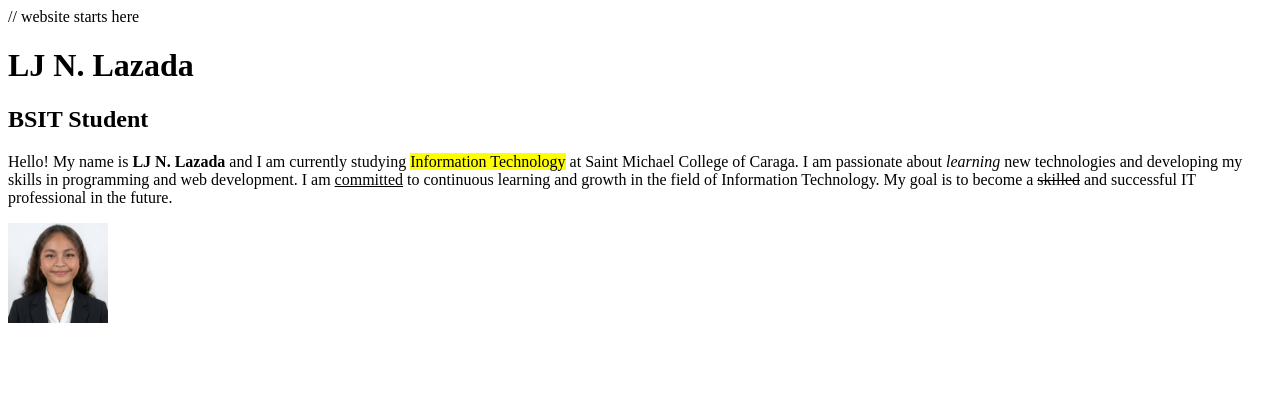
Repository: ljlazada11/myfirsthtml
Page: index.html
The author's editor kept a copy of each file at every save. The page is drawn from the files as they stood at one save, then again after the next save.
The browser window is 1280 px wide. The pictures show the whole page.

Above is the page before, as saved 2026-06-24 19:13:48.

### index.html
<!DOCTYPE html>
<html lang="en">
<head>
    <meta charset="UTF-8">
    <meta name="viewport" content="width=device-width, initial-scale=1.0">
    <title>My Personal Web Profile</title>
    <link rel="icon" type="image/x-icon" href="images.png">
    // website starts here

</head>
<body>
    <h1>LJ N. Lazada</h1>
    <h2>BSIT Student</h2>
    <p>Hello! My name is <strong>LJ N. Lazada</strong> and I am currently studying <mark>Information Technology</mark> at Saint Michael College of Caraga. I am passionate about <i>learning</i> new technologies and developing my skills in programming and web development. I am <ins>committed</ins> to continuous learning and growth in the field of Information Technology. My goal is to become a <del>skilled</del> and successful IT professional in the future.</p>
    <img src="pic.jpg" alt="My	Profile	Picture" width="100" height="100">
</body>
</html>

After the next save:
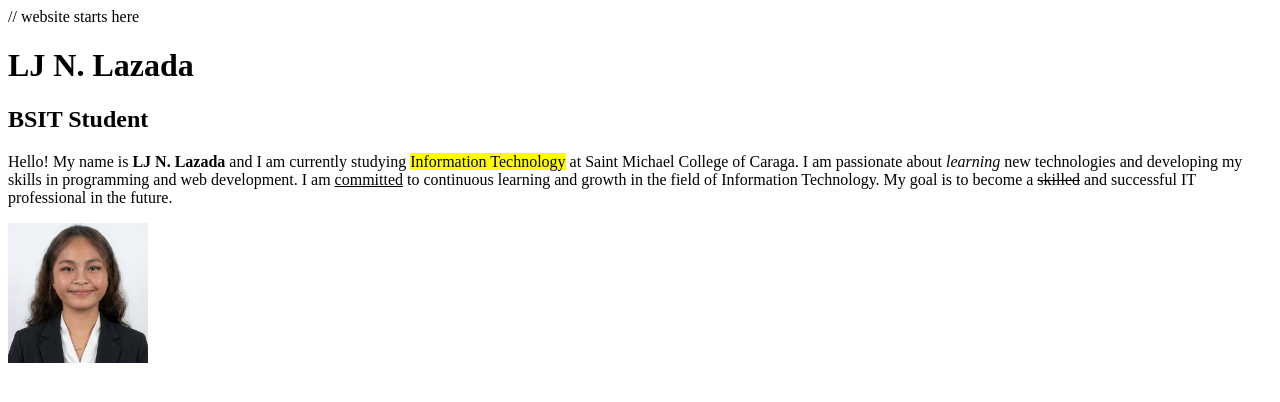
Saved 11 s later.
--- a/index.html
+++ b/index.html
@@ -12,6 +12,6 @@
     <h1>LJ N. Lazada</h1>
     <h2>BSIT Student</h2>
     <p>Hello! My name is <strong>LJ N. Lazada</strong> and I am currently studying <mark>Information Technology</mark> at Saint Michael College of Caraga. I am passionate about <i>learning</i> new technologies and developing my skills in programming and web development. I am <ins>committed</ins> to continuous learning and growth in the field of Information Technology. My goal is to become a <del>skilled</del> and successful IT professional in the future.</p>
-    <img src="pic.jpg" alt="My	Profile	Picture" width="100" height="100">
+    <img src="pic.jpg" alt="My	Profile	Picture" width="140" height="140">
 </body>
 </html>
